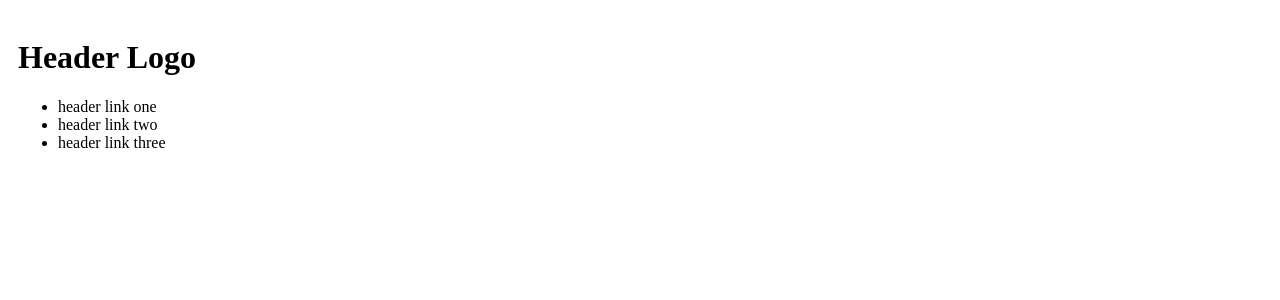
Repository: nlsukhde/porfolio
Page: index.html
These files come from the project's save history. The page is drawn as it stood at one moment and after the next save; the edit follows.
The browser window is 1280 px wide. The pictures show the whole page.

Above is the page before, as saved 2025-06-19 16:19:24.

After the next save:
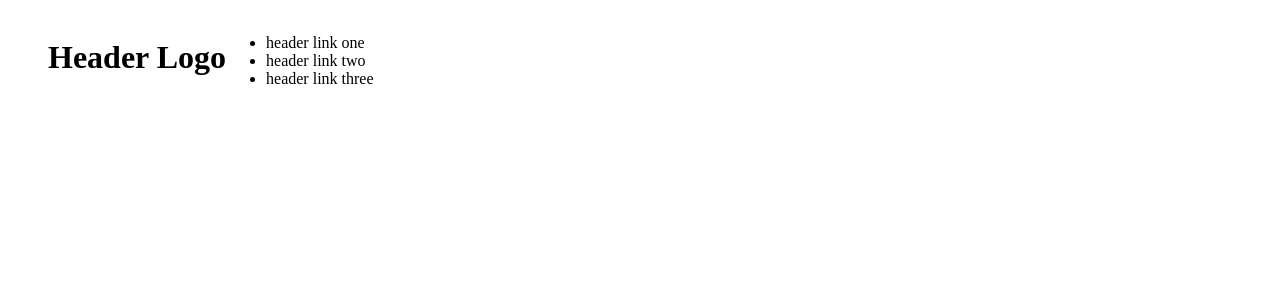
Saved 43 s later.
--- a/app.css
+++ b/app.css
@@ -3,3 +3,10 @@
     flex-direction: row;
     padding: 10px;
 }
+
+header{
+    display: flex;
+    justify-content: space-between;
+    padding-right: 30px;
+    padding-left: 30px;
+}

After the save that followed:
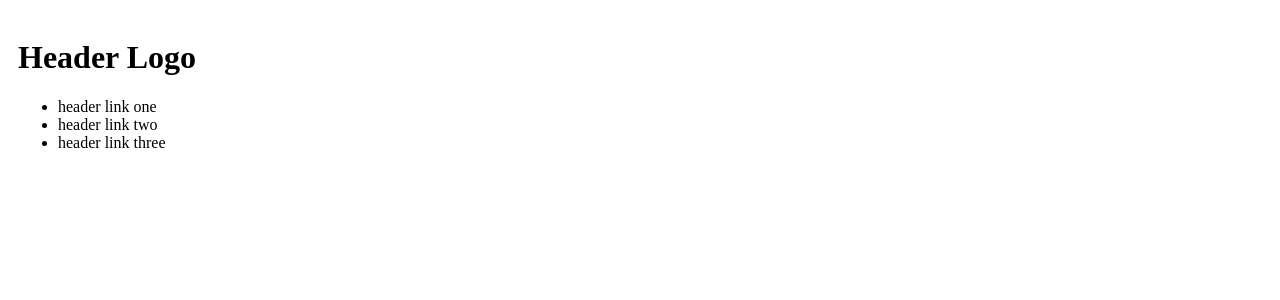
Saved 21 s later.
--- a/app.css
+++ b/app.css
@@ -1,12 +1,12 @@
 .section1 {
     display: flex;
-    flex-direction: row;
+    justify-content: space-between;
     padding: 10px;
 }
 
-header{
+/* header{
     display: flex;
     justify-content: space-between;
     padding-right: 30px;
     padding-left: 30px;
-}
+} */
